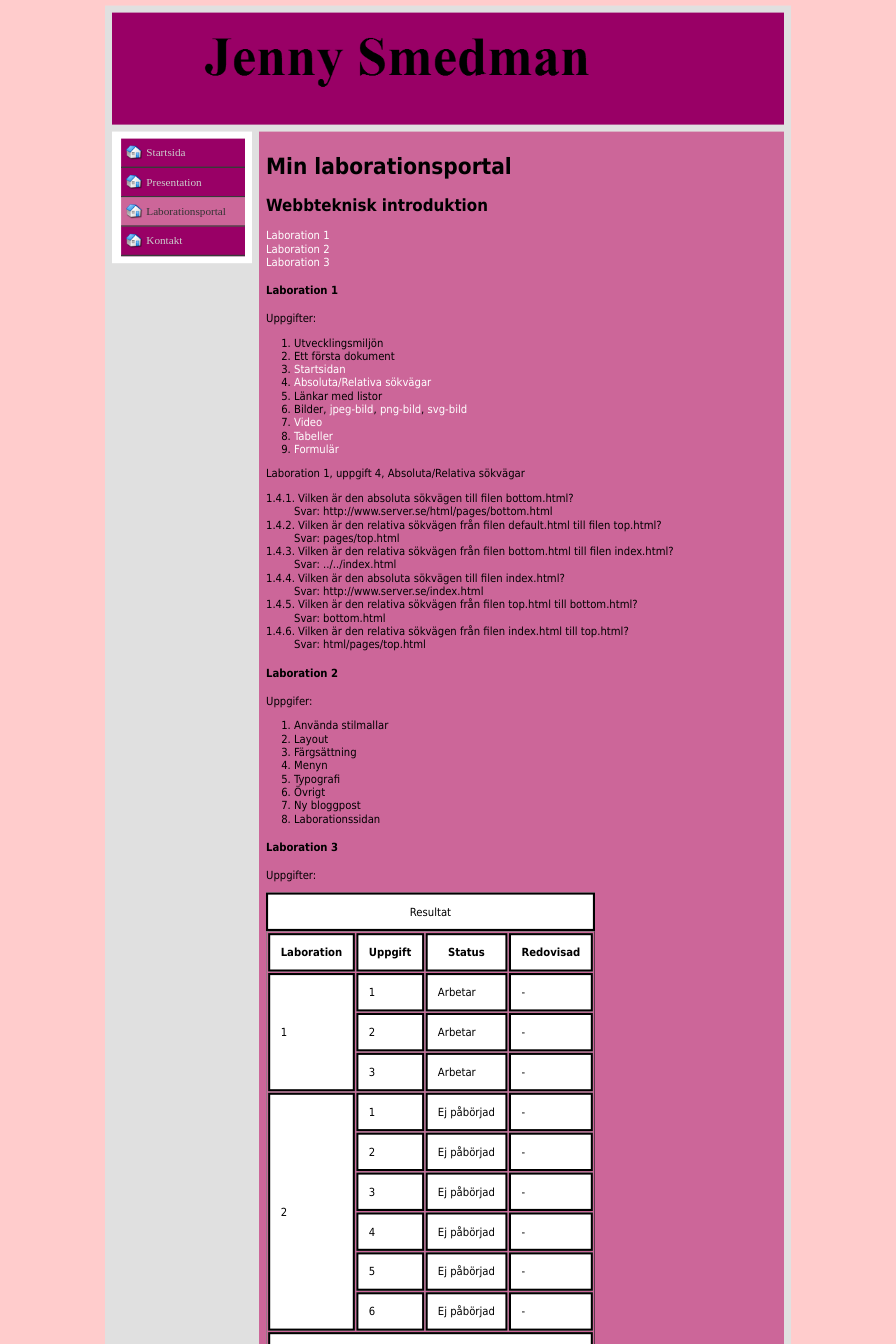
Repository: js223mx/1ik415-js223mx-laborationer
Page: pages/laborationer.html
The author's editor kept a record of every edit. The page is drawn from the files as they stood at one moment, then again after the next edit.
The browser window is 1280 px wide. The pictures show the part of the page from y = 0 to 1920 px (the page is 2061 px tall before and 3300 px after), at 70% of full size.

Above is the page before.

### pages/laborationer.html
<!doctype html>
<html lang ="sv">

    <head>

            <meta charset="utf-8" />
            <title>Min laborationsportal</title>
            <link rel="stylesheet" type="text/css" href="../css/style.css">
    </head>
    <body>
         <div id="container">
         <div id="header">
         <div class="loggodiv"></div>
         </div>





            <div id="navigation">
                <ul class= navlist>
                <li class="home"><a href="../index.html">Startsida</a></li>
                <li class="pres"><a href="presentation.html">Presentation</a></li>
                <li class="lab"><a href="laborationer.html" class="active">Laborationsportal</a></li>
                <li class="kontakt"><a href="kontakt.html">Kontakt</a></li>
            </ul>
            </div>

                <div id="content">
                 <h1>Min laborationsportal</h1>
                <h2>Webbteknisk introduktion</h2>

                    <ul>
                        <li><a href="#Laboration1">Laboration 1</a> </li>
                        <li><a href="#Laboration2">Laboration 2</a></li>
                        <li><a href="#Laboration3">Laboration 3</a></li>
                    </ul>

                <h4 id="Laboration1">Laboration 1</h4>

                    <p>Uppgifter:</p>
                        <ol>
                            <li>Utvecklingsmiljön</li>
                            <li>Ett första dokument</li>
                            <li><a href="../index.html#<p>Välkommen</p>">Startsidan</a> </li>
                            <li><a href="laborationer.html#Uppgift4">Absoluta/Relativa sökvägar</a> </li>
                            <li>Länkar med listor</li>
                            <li>Bilder, <a href="presentation.html#jag">jpeg-bild</a>, <a href="../index.html#logga">png-bild</a>, <a href="../index.html#svgbild">svg-bild</a></li>
                            <li><a href="../index.html#video">Video</a> </li>
                            <li><a href="laborationer.html#table">Tabeller</a> </li>
                            <li><a href="kontakt.html#contact-form">Formulär</a></li>
                        </ol>

                        <p id="Uppgift4">Laboration 1, uppgift 4, Absoluta/Relativa sökvägar</p>
                        <dl>
                            <dt>1.4.1. Vilken är den absoluta sökvägen till filen bottom.html?</dt>
                            <dd>Svar: http://www.server.se/html/pages/bottom.html</dd>
                            <dt>1.4.2. Vilken är den relativa sökvägen från filen default.html till filen top.html?</dt>
                            <dd>Svar: pages/top.html</dd>
                            <dt>1.4.3. Vilken är den relativa sökvägen från filen bottom.html till filen index.html?</dt>
                            <dd>Svar: ../../index.html</dd>
                            <dt>1.4.4. Vilken är den absoluta sökvägen till filen index.html?</dt>
                            <dd>Svar: http://www.server.se/index.html</dd>
                            <dt>1.4.5. Vilken är den relativa sökvägen från filen top.html till bottom.html?</dt>
                            <dd>Svar: bottom.html</dd>
                            <dt>1.4.6. Vilken är den relativa sökvägen från filen index.html till top.html?</dt>
                            <dd>Svar: html/pages/top.html</dd>
                        </dl>

                <h4 id="Laboration2">Laboration 2</h4>

                    <p>Uppgifer:</p>
                        <ol>
                            <li>Använda stilmallar</li>
                            <li>Layout</li>
                            <li>Färgsättning</li>
                            <li>Menyn</li>
                            <li>Typografi</li>
                            <li>Övrigt</li>
                            <li>Ny bloggpost</li>
                            <li>Laborationssidan</li>
                        </ol>

                <h4 id="Laboration3">Laboration 3</h4>

                    <p>Uppgifter:</p>


                        <table border="1">
                            <caption id="table">Resultat</caption>
                            <tr>
                                <th>Laboration</th>
                                <th>Uppgift</th>
                                <th>Status</th>
                                <th>Redovisad</th>
                            </tr>
                            <tr>
                                <td rowspan="3">1</td>
                                <td>1</td>
                                <td>Arbetar</td>
                                <td>-</td>
                            </tr>
                            <tr>

                                <td>2</td>
                                <td>Arbetar</td>
                                <td>-</td>
                            </tr>
                            <tr>

                                <td>3</td>
                                <td>Arbetar</td>
                                <td>-</td>
                            </tr>
                            <tr>
                                <td rowspan="6">2</td>
                                <td>1</td>
                                <td>Ej påbörjad</td>
                                <td>-</td>
                            </tr>
                            <tr>
                                <td>2</td>
                                <td>Ej påbörjad</td>
                                <td>-</td>
                            </tr>
                            <tr>
                                <td>3</td>
                                <td>Ej påbörjad</td>
                                <td>-</td>
                            </tr>
                            <tr>
                                <td>4</td>
                                <td>Ej påbörjad</td>
                                <td>-</td>
                            </tr>
                            <tr>
                                <td>5</td>
                                <td>Ej påbörjad</td>
                                <td>-</td>
                            </tr>
                            <tr>
                                <td>6</td>
                                <td>Ej påbörjad</td>
                                <td>-</td>
                            </tr>
                            <tr>
                                <td colspan="4">Laborationsresultat för Jenny Smedman</td>
                            </tr>
                        </table>
                        </div>

             <div id="footer">
             <p>Ansvarig för materialet på denna sida är Jenny Smedman</p>
             </div>


          </div>
    </body>




</html>

### css/style.css
html {
    height: 100%;
}
body {
    background-color: #FFCCCC;
    min-height: 100% !important;
    height: 100;
}
#container {
    width: 960px;
    margin-left: auto;
    margin-right: auto;
}
#navigation {
    width: 180px;
    float: left;
    background-color: #FFFFFF;
    height: 100%;
    margin-right: 10px;
}
#content {
    overflow: scroll;
    background-color: #CC6699;
    height: 100%;
    font-family: "Tahoma", Geneva, sans-serif;
}
#header {
    background-color: #990066;
    width: 940px;
    margin-bottom: 10px;
}
#footer {
    background-color: #C0C0C0;
    margin-top: 10px;
}
/* body backgroundcolor: #FFCCCC
    navigation backgroundcolor: #FFFFFF
    content backgroundcolor: #CC6699
    header backgroundcolor: #990066
    footer backgroundcolor: #C0C0C0 */

div {
    padding: 10px;
    background-color: #E0E0E0;
}
ul {
    list-style-type:none;
    padding-left: 0;
    margin: 0;
}

h1 {
    font-size: 200%;
}
h2 {
    font-size: 150%;

}
h3:before {
    font-size: 125%;
}
p {
    font-size: 100%;

}
.h3{
    border-bottom: 2px solid #000000;
    background-color:transparent;
}
.h3:before{
    background: url("text.png") no-repeat;
    width: 46px;
    height: 44px;
    content:"";
    float: left;
    display: block;
    margin: 5px 5px 5px 0;
}
.welcome {
    font-size: 250%;
    font-family: "Tahoma", Geneva, sans-serif;
    font-weight: bold;
}
#signed {
    font-style: oblique;
    font-weight: bold;
    font-size: 80%;
}
#video
{
    margin-bottom:0px;
}
#blogg {
    margin-bottom:0px;
}
#content a {
    text-decoration: none;
    color: #FFFFFF;
}
#content a:hover {
    text-decoration: underline;
}
/*navigation---------------------------------------------------------*/

#navigation a:hover
{
    background: #CC6699;
	color: #fff;
}
#navigation a {
    background: #990066;
	border-bottom: 2px solid #393939;
	color: #ccc;
	display: block;
	margin: 0px;
	padding: 8px 12px;
	text-decoration: none;
	text-indent: 24px;
}
#navigation .active {
    background-color: #CC6699;
	color: #333;
}
.navlist {
    margin: 0;
    padding: 0;
    text-align: left;
}
.navlist li {
    list-style-type: none;
    padding-top: 0;
    padding-left: 3px;
    margin-bottom: 0;
    line-height: 1.5em;
    position: relative;
}
.navlist li:before {
  position: absolute;
  margin: 8px 0 0 7px;
  min-height: 30px;
  background: url(sprite.png) no-repeat;
  width: 24px;
  content:"";
  vertical-align: middle;
}
.navlist li.home:hover:before{
    background: url(sprite.png) 0px -24px;
}
.navlist li home:before {
    background-position: 0px -48px;
}


/*table---------------------------------------------------------*/
#table, td, th{
    border:3px solid black;
    background-color:white;
    padding: 15px;
}
.list-title
{
    font-weight:bold;
}

/*form---------------------------------------------------------*/

#legend {
    font-weight: bold;
    margin-bottom: 12px;
}
#fieldset {
    border: 5px solid black;
    width: 400px;
    height: 300px;
    background-color: #FFFFFF;
}
#select {
    margin-bottom: 12px;
}
#Text {
    margin-top: 12px;
    margin-bottom: 12px;
    margin-left: 9px;
}
#Textlabel {
    position: relative;
    bottom: 48px;
}
#name {
    margin-top: 17px;
}
#submit {
    margin-top: 12px;
    margin-left: 54px;
}


/*images---------------------------------------------------------*/
#daisy {
    float: right;
    padding:1px;
    border:3px solid #990066;
    background-color:#990066;
}
.loggodiv {
    background: url("min-logga.png") no-repeat;
    height: 120px;
    margin-left: auto;
    margin-right: auto;
}

/*printing---------------------------------------------------------*/
@media print
{
#header{
    display: none;
}
#navigation{
    display: none;
}
#footer {
    display: none;
}
#content {
    overflow: visible;
}
a:after{
    content:" (" attr(href) ") ";font-size:0.8em;font-weight:normal;
}
#videon {
    display: none;
}
#jag{
    display: none;
}
#daisy {
    display: none;
}
#contactform {
    display: none;
}
}

After the next edit:
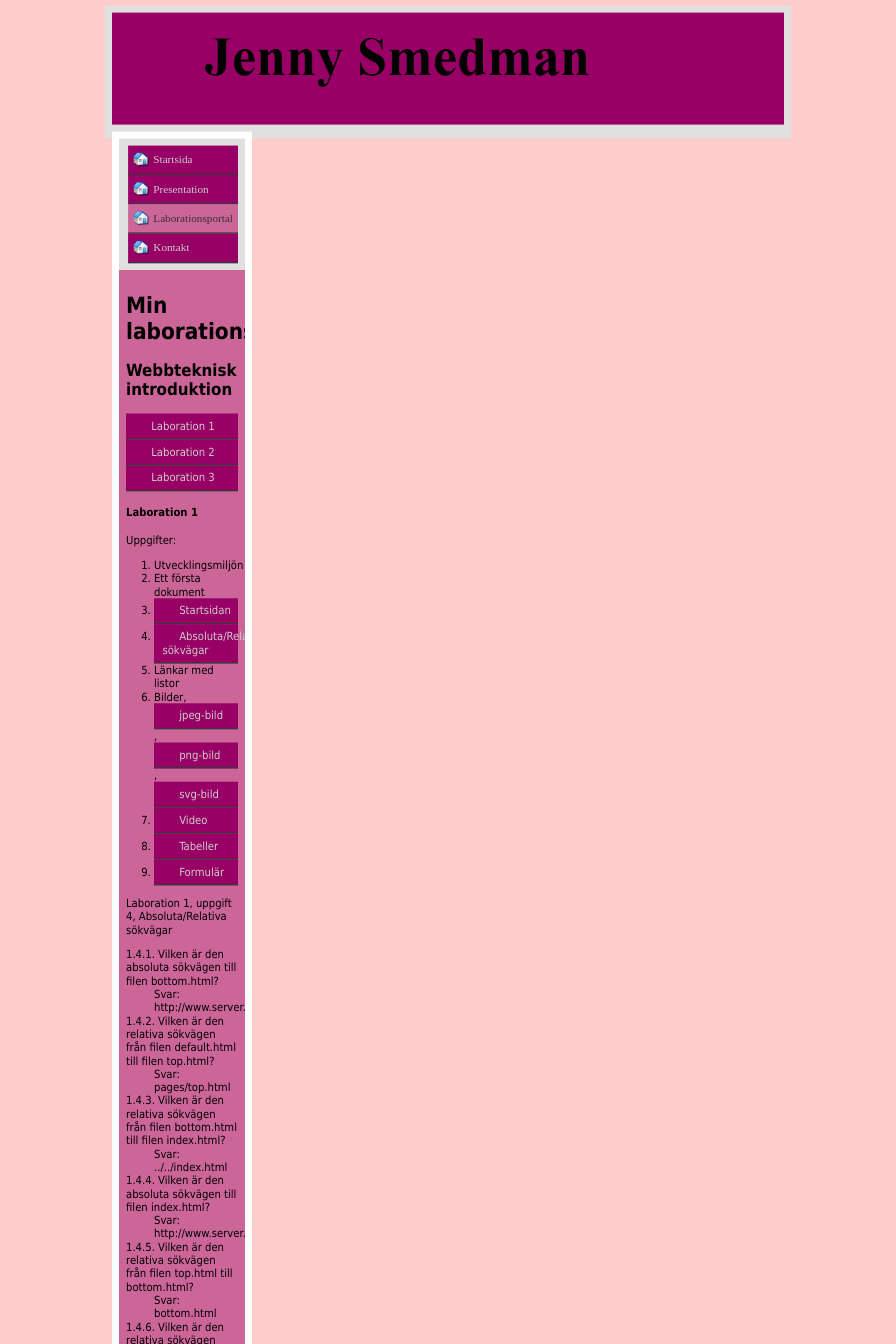
The edit:
--- a/pages/laborationer.html
+++ b/pages/laborationer.html
@@ -18,6 +18,7 @@
 
 
             <div id="navigation">
+            <div id="navmenu">
                 <ul class= navlist>
                 <li class="home"><a href="../index.html">Startsida</a></li>
                 <li class="pres"><a href="presentation.html">Presentation</a></li>

After the edit that followed:
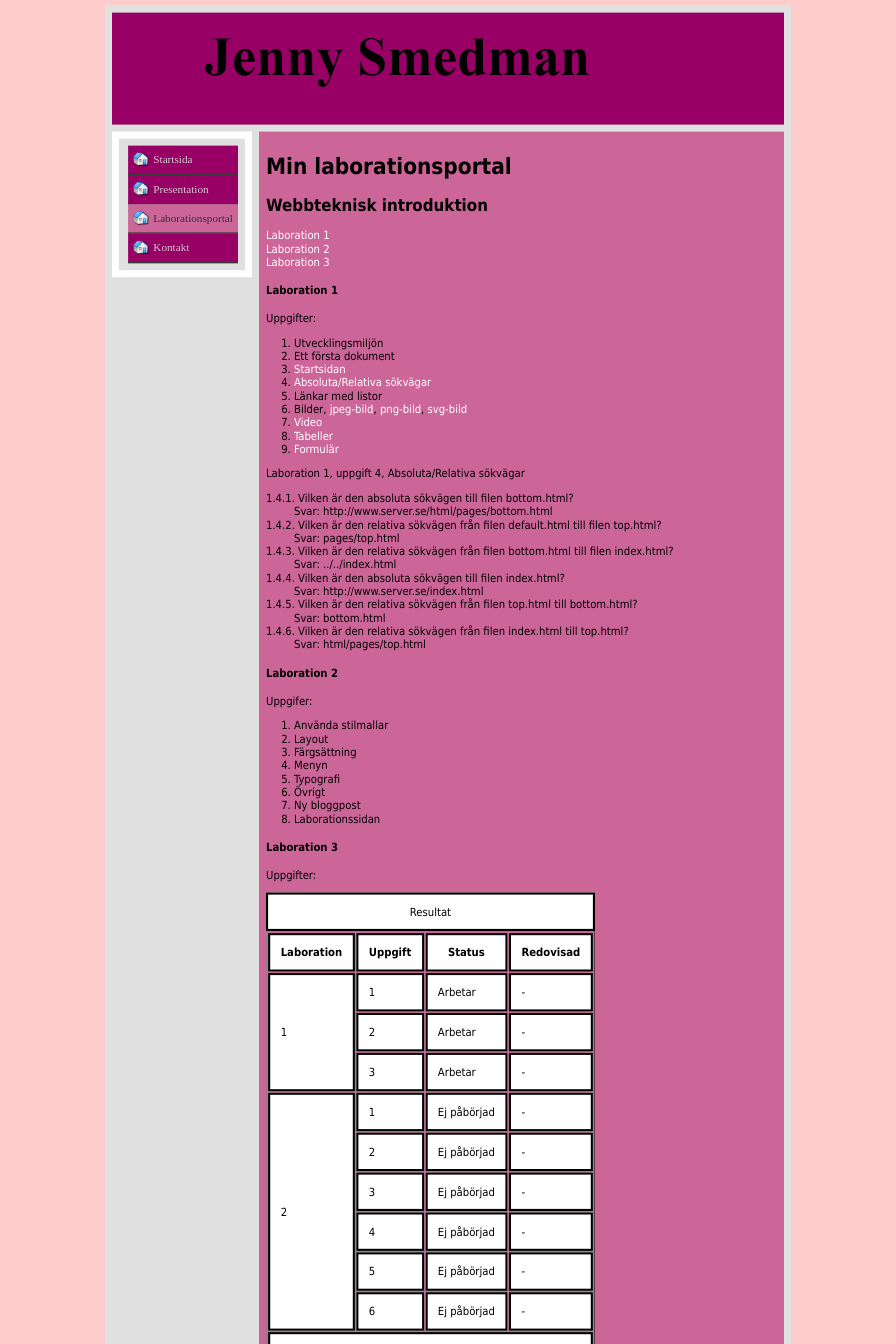
The edit:
--- a/pages/laborationer.html
+++ b/pages/laborationer.html
@@ -25,6 +25,7 @@
                 <li class="lab"><a href="laborationer.html" class="active">Laborationsportal</a></li>
                 <li class="kontakt"><a href="kontakt.html">Kontakt</a></li>
             </ul>
+            </div>
             </div>
 
                 <div id="content">
